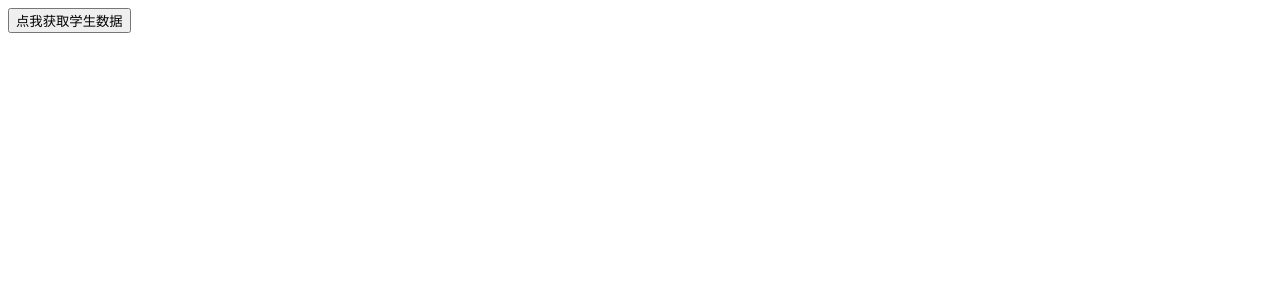
Repository: 1830734817/LabEx1_ReactSimpleWeb
Page: /
An editor plug-in stored every save of this project. The page is shown before and after the next save, followed by the edit.
The browser window is 1280 px wide. The pictures show the whole page.
The project was rebuilt for these pictures with package versions that can differ from the ones it lists, and the page was loaded fresh each time.

Above is the page before, as saved 2022-03-17 15:33:25.

After the next save:
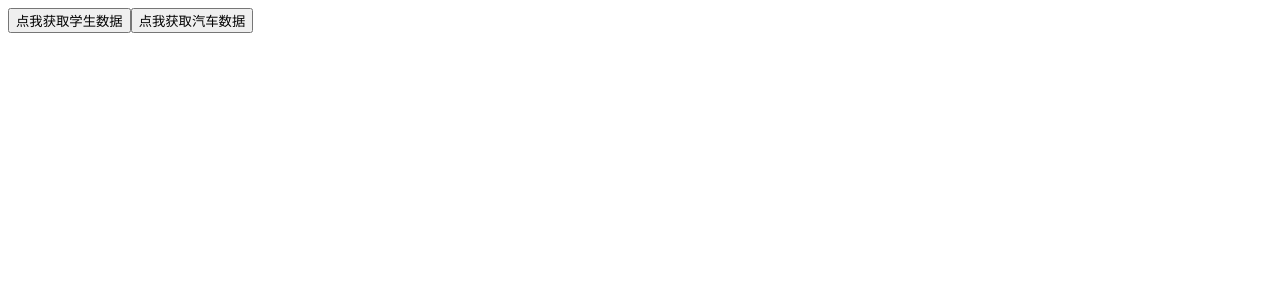
Saved 13 min 37 s later.
--- a/src/App.js
+++ b/src/App.js
@@ -10,10 +10,18 @@ export default class App extends Component {
     )
   }
 
+  getCarData=()=>{
+    axios.get('https://ebab06f9-1f87-466a-8bd0-4a35b792a513.mock.pstmn.io/car').then(
+      response =>{console.log('成功了',response.data);},
+      error =>{console.log('失败了',error);}
+    )
+  }
+
   render() {
     return (
       <div>
         <button onClick={this.getStudetData}>点我获取学生数据</button>
+        <button onClick={this.getCarData}>点我获取汽车数据</button>
       </div>
     )
   }
